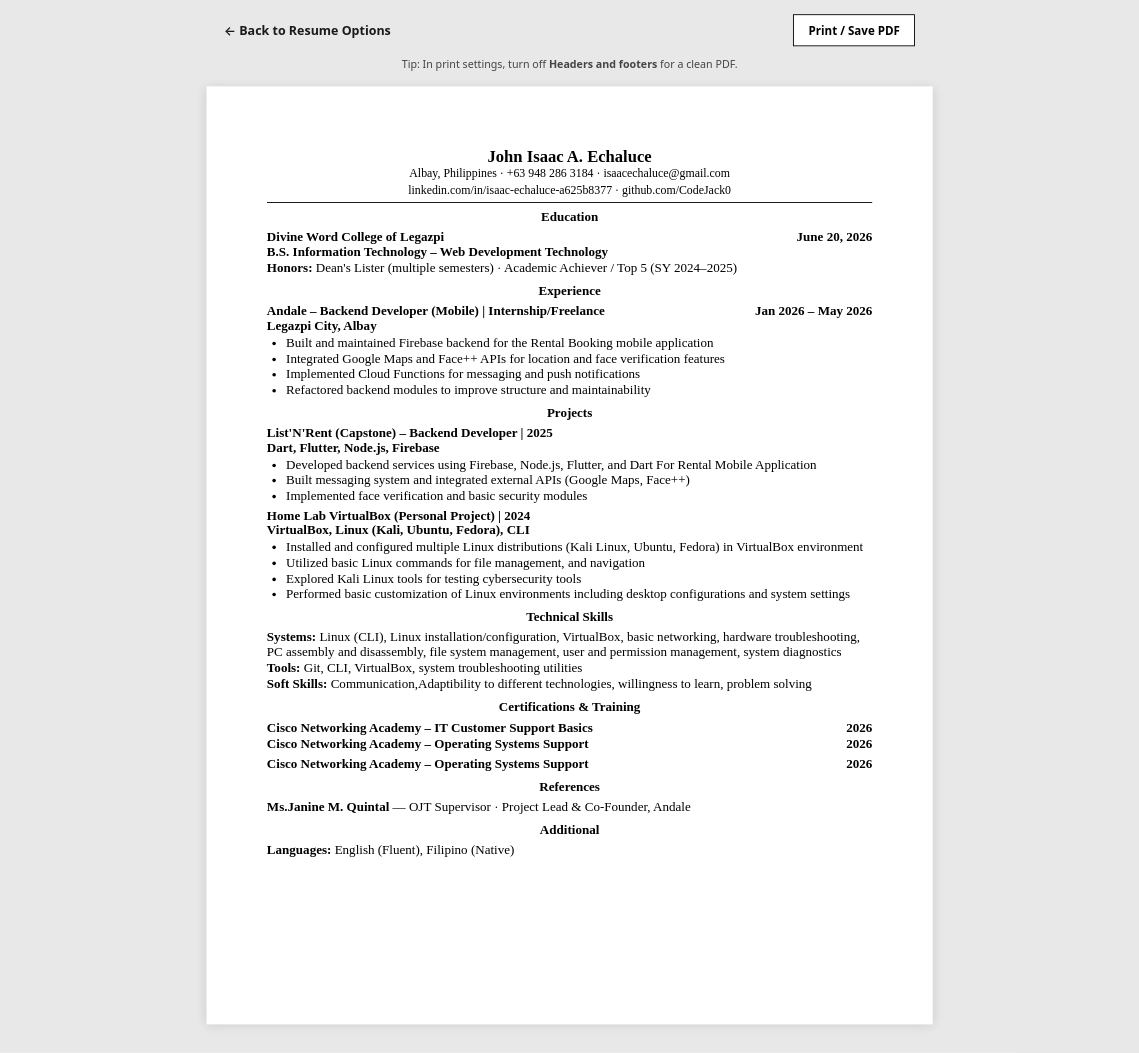
Repository: CodeJack0/Professional_Portfolio
Page: pages/resume_networking.html
The author's editor kept a copy of each file at every save. The page is drawn from the files as they stood at one save, then again after the next save.
The browser window is 1280 px wide. The pictures show the whole page, at 89% of full size.

Above is the page before, as saved 2026-06-04 14:03:32.

### pages/resume_networking.html
<!DOCTYPE html>
<html lang="en">
<head>
  <meta charset="UTF-8" />
  <meta name="viewport" content="width=device-width, initial-scale=1.0" />
  <meta name="description" content="Resume / CV — John Isaac A. Echaluce, IT Graduate" />
  <title>Resume</title>
  <link rel="stylesheet" href="../css/resume.css" />
</head>
<body class="resume-page">
  <div class="resume-toolbar no-print">
    <a href="resumes.html" class="toolbar-link">← Back to Resume Options</a>
    <button type="button" class="toolbar-btn" onclick="printResume()">Print / Save PDF</button>
    <p class="print-hint no-print">Tip: In print settings, turn off <strong>Headers and footers</strong> for a clean PDF.</p>
  </div>

  <article class="resume-document" aria-label="Resume">
    <header class="resume-header">
      <h1 class="resume-name">John Isaac A. Echaluce</h1>
      <p class="resume-contact-line">
        Albay, Philippines · <a href="tel:+639482863184">+63 948 286 3184</a> ·
        <a href="mailto:isaacechaluce@gmail.com">isaacechaluce@gmail.com</a>
      </p>
      <p class="resume-contact-line resume-contact-line--links">
        <a href="https://www.linkedin.com/in/isaac-echaluce-a625b8377/" rel="noopener noreferrer">linkedin.com/in/isaac-echaluce-a625b8377</a> ·
        <a href="https://github.com/CodeJack0" rel="noopener noreferrer">github.com/CodeJack0</a>
      </p>
    </header>

    <main class="resume-content">
      <section class="resume-section">
        <h2 class="resume-section-title">Education</h2>

        <div class="entry">
          <div class="entry-row">
            <span class="entry-left"><strong>Divine Word College of Legazpi</strong></span>
            <span class="entry-right">June 20, 2026</span>
          </div>
          <div class="entry-row entry-row--sub">
            <span class="entry-left">B.S. Information Technology – Web Development Technology</span>
          </div>
          <p class="honors-line">
            <strong>Honors:</strong> Dean's Lister (multiple semesters) · Academic Achiever / Top 5 (SY 2024–2025)
          </p>
        </div>
      </section>

      <section class="resume-section">
        <h2 class="resume-section-title">Experience</h2>

        <div class="entry">
          <div class="entry-row">
            <span class="entry-left"><strong>Andale</strong> – Backend Developer (Mobile) | Internship/Freelance</span>
            <span class="entry-right">Jan 2026 – May 2026</span>
          </div>
          <div class="entry-row entry-row--sub">
            <span class="entry-left">Legazpi City, Albay</span>
          </div>
          <ul class="resume-list">
            <li>Built and maintained Firebase backend for the Rental Booking mobile application</li>
            <li>Integrated Google Maps and Face++ APIs for location and face verification features</li>
            <li>Implemented Cloud Functions for messaging and push notifications</li>
            <li>Refactored backend modules to improve structure and maintainability</li>
          </ul>
        </div>
      </section>

      <section class="resume-section">
        <h2 class="resume-section-title">Projects</h2>

        <div class="entry">
          <div class="entry-row">
            <span class="entry-left"><strong>List'N'Rent</strong> (Capstone) – Backend Developer | 2025</span>
            <span class="entry-right"></span>
          </div>
          <div class="entry-row entry-row--sub">
            <span class="entry-left">Dart, Flutter, Node.js, Firebase</span>
          </div>
          <ul class="resume-list">
            <li>Developed backend services using Firebase, Node.js, Flutter, and Dart For Rental Mobile Application</li>
            <li>Built messaging system and integrated external APIs (Google Maps, Face++)</li>
            <li>Implemented face verification and basic security modules</li>
          </ul>
        </div>

        <div class="entry">
          <div class="entry-row">
            <span class="entry-left"><strong>Home Lab VirtualBox</strong> (Personal Project) | 2024</span>
            <span class="entry-right"></span>
          </div>
          <div class="entry-row entry-row--sub">
            <span class="entry-left">VirtualBox, Linux (Kali, Ubuntu, Fedora), CLI</span>
          </div>
          <ul class="resume-list">
            <li>Installed and configured multiple Linux distributions (Kali Linux, Ubuntu, Fedora) in VirtualBox environment</li>
            <li>Utilized basic Linux commands for  file management, and navigation</li>
            <li>Explored Kali Linux tools for testing cybersecurity tools</li>
            <li>Performed basic customization of Linux environments including desktop configurations and system settings</li>
          </ul>
        </div>


      <section class="resume-section">
        <h2 class="resume-section-title">Technical Skills</h2>
        <p class="skills-line"><strong>Systems:</strong> Linux (CLI), Linux installation/configuration, VirtualBox, basic networking, hardware troubleshooting, PC assembly and disassembly, file system management, user and permission management, system diagnostics</p>
        <p class="skills-line"><strong>Tools:</strong> Git, CLI, VirtualBox, system troubleshooting utilities</p>
        <p class="skills-line"><strong>Soft Skills:</strong> Communication,Adaptibility to different technologies, willingness to learn, problem solving</p>
      </section>

      <section class="resume-section">
        <h2 class="resume-section-title">Certifications & Training</h2>

        <div class="entry entry--compact">
          <div class="entry-row">
            <span class="entry-left">Cisco Networking Academy – IT Customer Support Basics</span>
            <span class="entry-right">2026</span>
          </div>
        </div>

        <div class="entry entry--compact">
          <div class="entry-row">
            <span class="entry-left">Cisco Networking Academy – Operating Systems Support</span>
            <span class="entry-right">2026</span>
          </div>
        </div>
      </section>
       <div class="entry entry--compact">
          <div class="entry-row">
            <span class="entry-left">Cisco Networking Academy – Operating Systems Support</span>
            <span class="entry-right">2026</span>
          </div>
        </div>
      </section>

      <section class="resume-section resume-section--combined">
        <div class="resume-two-col">
          <div>
            <h2 class="resume-section-title">References</h2>
            <p class="skills-line"><strong>Ms.Janine M. Quintal</strong> — OJT Supervisor · Project Lead &amp; Co-Founder, Andale</p>
          </div>
          <div>
            <h2 class="resume-section-title">Additional</h2>
            <p class="skills-line"><strong>Languages:</strong> English (Fluent), Filipino (Native)</p>
          </div>
        </div>
      </section>
    </main>
  </article>
  <script src="../js/resume-print.js"></script>
</body>
</html>

### css/resume.css
/* Harvard-style resume + clean print (no browser header/footer band) */

:root {
  --resume-page-width: 216mm;
  --resume-page-height: 279mm;
  --resume-page-margin: 18mm;
}

*,
*::before,
*::after {
  box-sizing: border-box;
}

body.resume-page {
  margin: 0;
  font-family: "Times New Roman", Times, Georgia, serif;
  font-size: 11pt;
  line-height: 1.15;
  color: #000;
  background: #e8e8e8;
  -webkit-font-smoothing: antialiased;
}

/* —— Toolbar (screen only) —— */
.resume-toolbar {
  display: flex;
  flex-wrap: wrap;
  align-items: center;
  justify-content: space-between;
  max-width: var(--resume-page-width);
  margin: 0 auto;
  padding: 1rem 1.25rem;
  gap: 0.75rem 1rem;
  font-family: system-ui, -apple-system, sans-serif;
  line-height: 1.4;
}

.toolbar-link {
  font-size: 0.875rem;
  font-weight: 600;
  color: #1a1a1a;
  text-decoration: none;
}

.toolbar-link:hover {
  text-decoration: underline;
}

.toolbar-btn {
  font-family: inherit;
  font-size: 0.8125rem;
  font-weight: 600;
  padding: 0.5rem 1rem;
  border: 1px solid #000;
  border-radius: 0;
  background: #fff;
  color: #000;
  cursor: pointer;
}

.toolbar-btn:hover {
  background: #f5f5f5;
}

.print-hint {
  flex: 1 1 100%;
  margin: 0;
  font-size: 0.75rem;
  color: #444;
  text-align: center;
}

/* —— Page (screen preview matches print margins) —— */
.resume-document {
  width: 100%;
  max-width: var(--resume-page-width);
  min-height: var(--resume-page-height);
  margin: 0 auto 2rem;
  padding: var(--resume-page-margin);
  background: #fff;
  box-shadow: 0 2px 12px rgba(0, 0, 0, 0.12);
}

/* —— Harvard header: name, rule, centered contact —— */
.resume-header {
  text-align: center;
  margin-bottom: 0;
}

.resume-name {
  font-size: 14pt;
  font-weight: 700;
  margin: 0;
  padding: 0;
  letter-spacing: normal;
  text-transform: none;
  line-height: 1.2;
}

.resume-header::after {
  content: "";
  display: block;
  width: 100%;
  border: none;
  border-top: 1px solid #000;
  margin: 0.3rem 0 0.35rem;
}

.resume-tagline,
.resume-summary {
  margin: 0.2rem 0 0;
  font-size: 10pt;
  line-height: 1.2;
  text-align: center;
}

.resume-contact-line {
  margin: 0;
  font-size: 10pt;
  line-height: 1.25;
  text-align: center;
}

.resume-contact-line--links {
  margin-top: 0.12rem;
}

.resume-contact-line a {
  color: inherit;
  text-decoration: none;
}

.resume-contact-line a:hover {
  text-decoration: underline;
}

/* —— Centered section headings (Harvard: no rule, no all-caps) —— */
.resume-content {
  margin: 0;
}

.resume-section {
  margin-bottom: 0.35rem;
}

.resume-section:last-child {
  margin-bottom: 0;
}

.resume-section-title {
  font-size: 11pt;
  font-weight: 700;
  text-align: center;
  text-transform: none;
  letter-spacing: normal;
  margin: 0.55rem 0 0.35rem;
  padding: 0;
  border: none;
}

.resume-section:first-child .resume-section-title {
  margin-top: 0.45rem;
}

/* —— Split rows: bold org/location and title/dates —— */
.entry {
  margin-bottom: 0.3rem;
}

.entry:last-child {
  margin-bottom: 0;
}

.entry--compact {
  margin-bottom: 0.15rem;
}

.entry-row {
  display: flex;
  justify-content: space-between;
  align-items: baseline;
  gap: 0.75rem;
  width: 100%;
}

.entry-row--sub {
  margin-top: 0;
}

.entry-left {
  flex: 1;
  min-width: 0;
  text-align: left;
}

.entry-right {
  flex-shrink: 0;
  white-space: nowrap;
  text-align: right;
  font-size: 11pt;
  font-weight: 700;
}

.entry-row:not(.entry-row--sub) .entry-left,
.entry-row:not(.entry-row--sub) .entry-right {
  font-weight: 700;
}

.entry-row--sub .entry-left {
  font-weight: 700;
}

.honors-line,
.entry-note {
  margin: 0.1rem 0 0;
  font-size: 11pt;
  font-weight: 400;
  font-style: normal;
  line-height: 1.15;
  text-align: left;
}

.honors-line strong,
.entry-note strong {
  font-weight: 700;
}

/* —— Bullets —— */
.resume-list {
  margin: 0.12rem 0 0;
  padding-left: 1.35rem;
  list-style-type: disc;
  list-style-position: outside;
}

.resume-list li {
  margin: 0;
  padding: 0;
  line-height: 1.15;
}

.resume-list li + li {
  margin-top: 0.05rem;
}

.resume-list--plain {
  list-style-type: disc;
  padding-left: 1.35rem;
}

/* —— Skills: bold label + colon —— */
.skills-line {
  margin: 0.08rem 0 0;
  text-align: left;
  line-height: 1.15;
}

.skills-line:first-of-type {
  margin-top: 0.05rem;
}

.skills-line strong {
  font-weight: 700;
}

.skills-line--muted {
  font-style: italic;
}

.skills-grid {
  display: block;
  margin-top: 0.05rem;
}

.skills-grid .resume-list {
  margin: 0.08rem 0 0;
  padding-left: 1.35rem;
}

/* References / Additional — stacked Harvard sections */
.resume-section--combined {
  margin-bottom: 0;
}

.resume-two-col {
  display: block;
}

.resume-two-col .resume-section-title {
  margin-top: 0.55rem;
}

.resume-two-col > div:first-child .resume-section-title {
  margin-top: 0.55rem;
}

.resume-section--inline .skills-line {
  margin-top: 0.08rem;
}

.entry-right:empty {
  display: none;
}

/* —— Screen responsive —— */
@media (max-width: 640px) {
  .resume-document {
    min-height: auto;
    padding: 1rem;
  }

  .resume-contact-line {
    font-size: 9.5pt;
  }

  .entry-row {
    flex-wrap: wrap;
    gap: 0.15rem;
  }

  .entry-right {
    white-space: normal;
    text-align: left;
    width: 100%;
  }
}

/* —— Print: no browser header/footer; same inset as screen —— */
@media print {
  @page {
    size: letter;
    margin: 0;
  }

  html,
  body.resume-page {
    margin: 0;
    padding: 0;
    background: #fff;
    font-size: 11pt;
    line-height: 1.15;
  }

  .no-print {
    display: none !important;
  }

  .resume-document {
    max-width: none;
    min-height: auto;
    margin: 0;
    padding: var(--resume-page-margin);
    box-shadow: none;
  }

  .resume-contact-line a,
  a {
    color: #000;
    text-decoration: none;
  }

  .entry,
  .resume-section {
    break-inside: avoid;
  }
}

### js/resume-print.js
/**
 * Clean print/PDF: clears page title so browser header shows less text.
 * Pair with @page { margin: 0 } in resume.css and disable "Headers and footers" in print dialog.
 */
(function () {
  let savedTitle = document.title;

  function preparePrint() {
    savedTitle = document.title;
    document.title = " ";
  }

  function restorePrint() {
    if (savedTitle) {
      document.title = savedTitle;
    }
  }

  window.addEventListener("beforeprint", preparePrint);
  window.addEventListener("afterprint", restorePrint);

  window.printResume = function () {
    preparePrint();
    window.print();
    setTimeout(restorePrint, 1500);
  };
})();

After the next save:
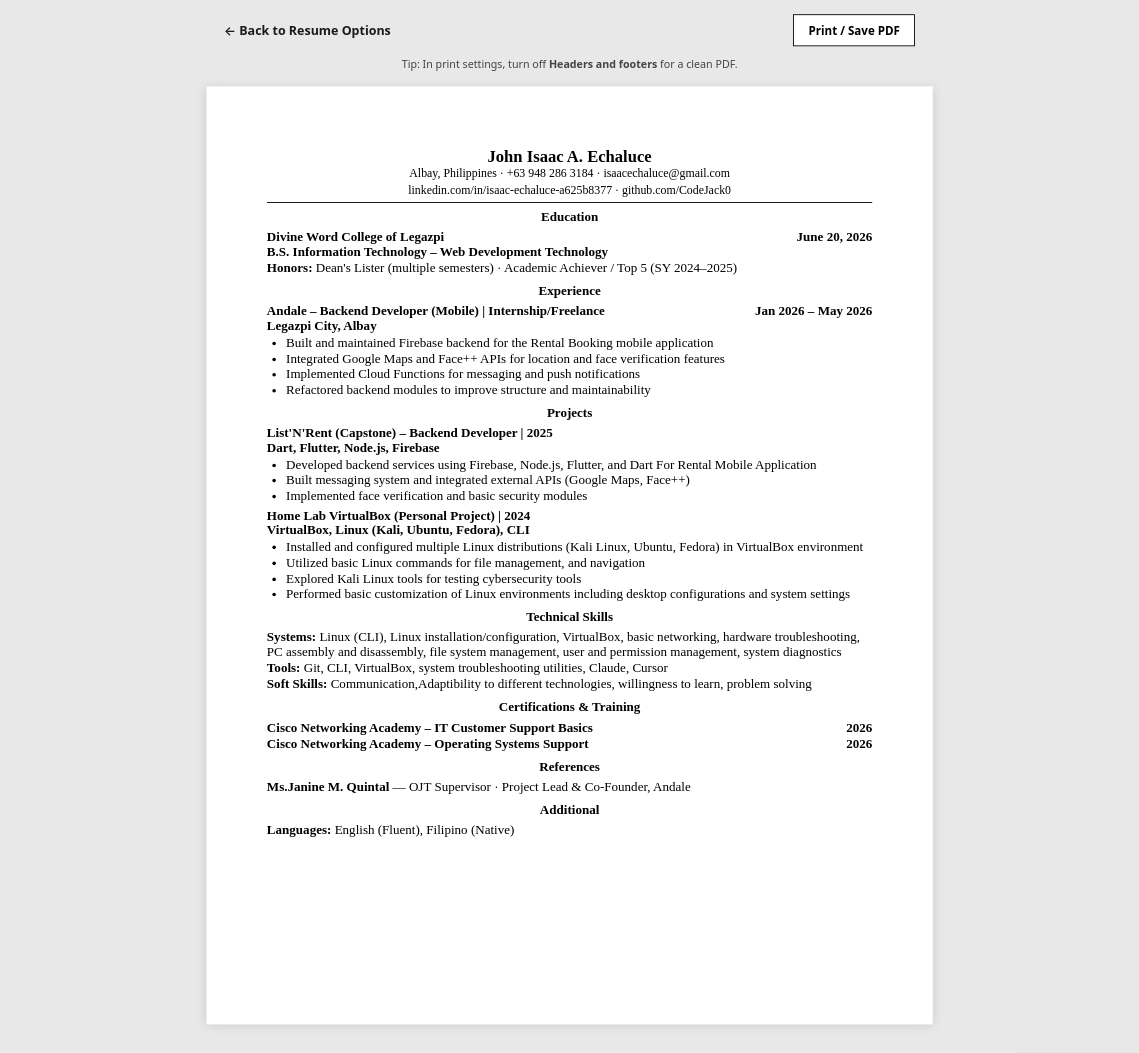
Saved 7 min 39 s later.
--- a/pages/resume_networking.html
+++ b/pages/resume_networking.html
@@ -103,7 +103,7 @@
       <section class="resume-section">
         <h2 class="resume-section-title">Technical Skills</h2>
         <p class="skills-line"><strong>Systems:</strong> Linux (CLI), Linux installation/configuration, VirtualBox, basic networking, hardware troubleshooting, PC assembly and disassembly, file system management, user and permission management, system diagnostics</p>
-        <p class="skills-line"><strong>Tools:</strong> Git, CLI, VirtualBox, system troubleshooting utilities</p>
+        <p class="skills-line"><strong>Tools:</strong> Git, CLI, VirtualBox, system troubleshooting utilities, Claude, Cursor</p>
         <p class="skills-line"><strong>Soft Skills:</strong> Communication,Adaptibility to different technologies, willingness to learn, problem solving</p>
       </section>
 
@@ -118,13 +118,6 @@
         </div>
 
         <div class="entry entry--compact">
-          <div class="entry-row">
-            <span class="entry-left">Cisco Networking Academy – Operating Systems Support</span>
-            <span class="entry-right">2026</span>
-          </div>
-        </div>
-      </section>
-       <div class="entry entry--compact">
           <div class="entry-row">
             <span class="entry-left">Cisco Networking Academy – Operating Systems Support</span>
             <span class="entry-right">2026</span>
